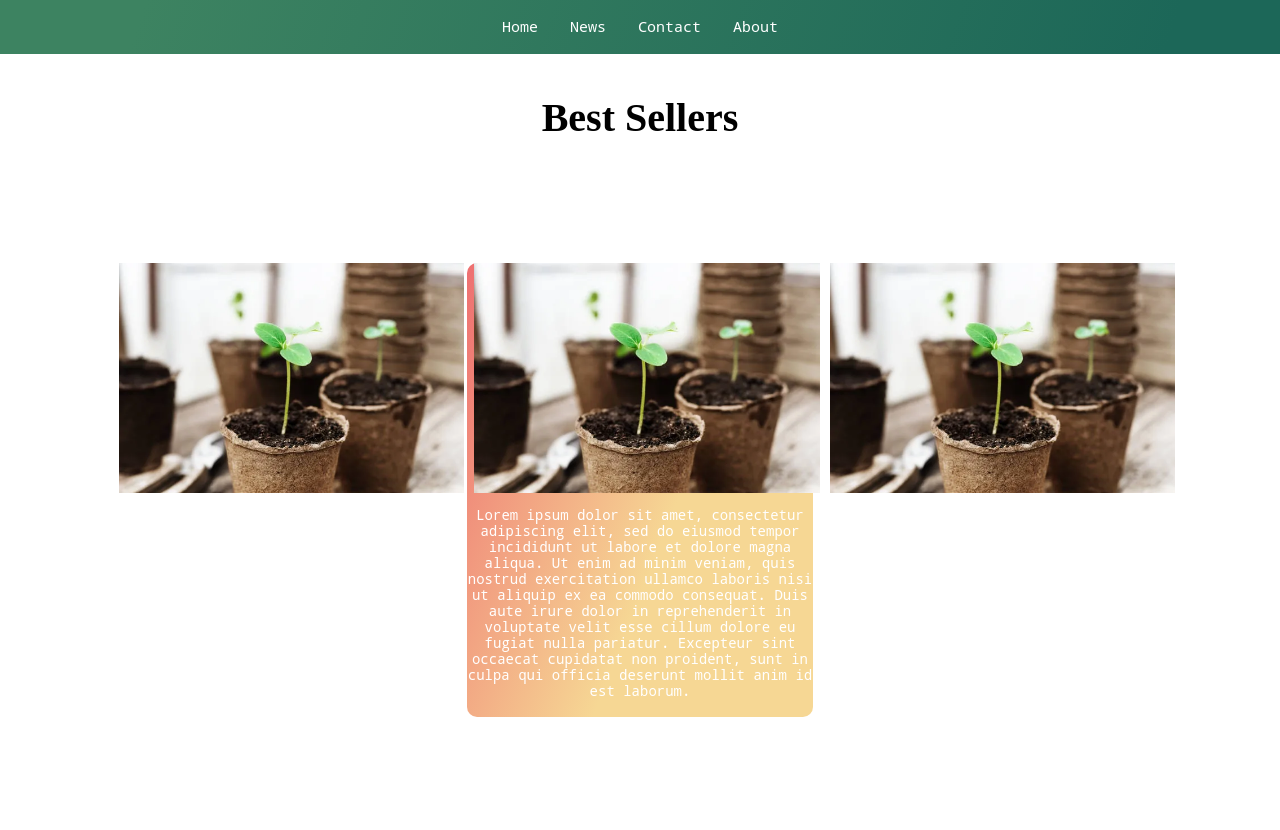
Repository: Flexo874/ISITECH-HTML-CSS
Page: index.html
The author's editor kept a copy of each file at every save. The page is drawn from the files as they stood at one save, then again after the next save.
The browser window is 1280 px wide. The pictures show the whole page.

Above is the page before, as saved 2024-01-02 15:01:30.

### index.html
<!DOCTYPE html>
<html>
<head>
    <title>Navigation Bar</title>
     <link rel="stylesheet" type="text/css" href="./style.css">
</head>
<body>
    <ul>
        <li><a href="#home">Home</a></li>
        <li><a href="#news">News</a></li>
        <li><a href="#contact">Contact</a></li>
        <li><a href="#about">About</a></li>
    </ul>

    <h1 > Best Sellers</h1>



    <div class="container">

            <div class="item">
                <a>
                <img src="images/semis-prêt-à-être-planté-dans-le-jardin.webp" alt="Logo">
                <p>Lorem ipsum dolor sit amet, consectetur adipiscing elit, sed do eiusmod tempor incididunt ut labore et dolore magna aliqua. Ut enim ad minim veniam, quis nostrud exercitation ullamco laboris nisi ut aliquip ex ea commodo consequat. Duis aute irure dolor in reprehenderit in voluptate velit esse cillum dolore eu fugiat nulla pariatur. Excepteur sint occaecat cupidatat non proident, sunt in culpa qui officia deserunt mollit anim id est laborum.</p>
                </a>
            </div>
            <div class="item best">
                <a>
                <img src="images/semis-prêt-à-être-planté-dans-le-jardin.webp" alt="Logo">
                <p>Lorem ipsum dolor sit amet, consectetur adipiscing elit, sed do eiusmod tempor incididunt ut labore et dolore magna aliqua. Ut enim ad minim veniam, quis nostrud exercitation ullamco laboris nisi ut aliquip ex ea commodo consequat. Duis aute irure dolor in reprehenderit in voluptate velit esse cillum dolore eu fugiat nulla pariatur. Excepteur sint occaecat cupidatat non proident, sunt in culpa qui officia deserunt mollit anim id est laborum.</p>
                </a>
            </div>
            <div class="item">
                <a>
                <img src="images/semis-prêt-à-être-planté-dans-le-jardin.webp" alt="Logo">
                <p>Lorem ipsum dolor sit amet, consectetur adipiscing elit, sed do eiusmod tempor incididunt ut labore et dolore magna aliqua. Ut enim ad minim veniam, quis nostrud exercitation ullamco laboris nisi ut aliquip ex ea commodo consequat. Duis aute irure dolor in reprehenderit in voluptate velit esse cillum dolore eu fugiat nulla pariatur. Excepteur sint occaecat cupidatat non proident, sunt in culpa qui officia deserunt mollit anim id est laborum.</p>
                </a>
            </div>
    </div>



</body>
</html>

### style.css
*{
    margin: 0;
    padding: 0;

}
ul {
    list-style-type: none;
    margin: 0;
    padding: 0;
    overflow: hidden;
    background-image: linear-gradient( 109.6deg,  rgba(61,131,97,1) 11.2%, rgba(28,103,88,1) 91.1% );
    display: flex;
    list-style: none;
    box-sizing: border-box  ;
    justify-content: center;
}

li {
    position: relative;

}

li a {
    display: block;
    color: white;
    text-align: center;
    padding: 18px 16px;
    text-decoration: none;
    font-size: 15px;
    transition: .4s ease-in-out;
    position: center;
    font-family: "Noto Mono", monospace;

}

li a:hover {
    background-color: #111;
    border-radius: 5px;

}

h1 {
    padding: 40px;
    padding-bottom: 10px;
    margin-bottom: 10px;
    text-align: center;
    font-weight: bold;
    font-size: 40px;
}

.demo {
    border-color: red;
}


.container {
    display: flex;
    grid-template-columns: repeat(3, 1fr);
    grid-auto-rows: minmax(300px, auto);
    gap: 10px;
    padding: 10px;;
    margin-top: 0;
    margin: 8%;
}


.item {
    align-items: center;
    justify-content: center;
    border-radius: 10px;
}

.item.best {

    background-image: linear-gradient( 111.4deg,  rgba(238,113,113,1) 1%, rgba(246,215,148,1) 58% );

}

.item a {
    margin: 7px;
}

.item a:hover {
    color: white;
}


.item img {
    max-width: 100%;
    height: auto;
}

.item p {
    margin-top: 10px;
    text-align: center;
    color: white;
    font-family: "Noto Mono", monospace;
    font-size: 14px;
}

After the next save:
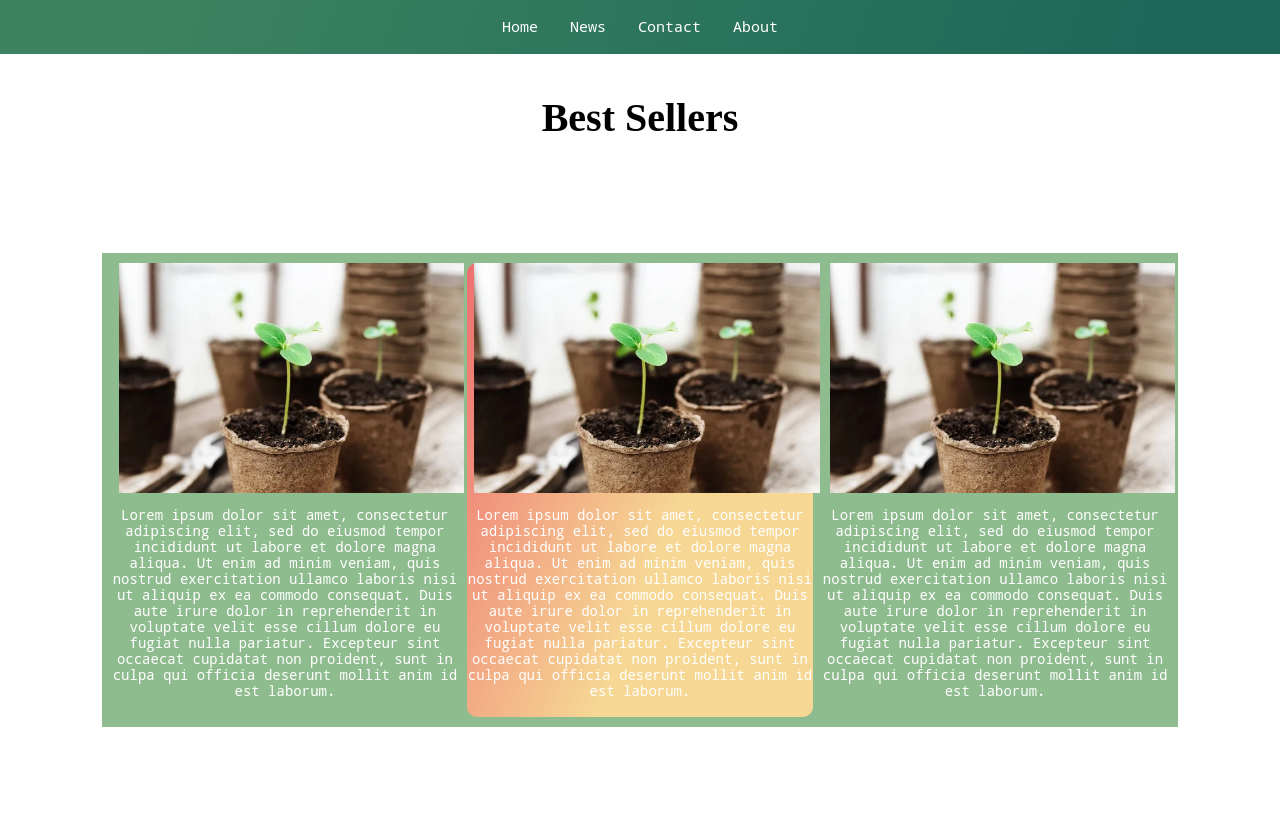
Saved 43 s later.
--- a/style.css
+++ b/style.css
@@ -54,6 +54,7 @@
 
 
 .container {
+    background-color: #8FBC8F;
     display: flex;
     grid-template-columns: repeat(3, 1fr);
     grid-auto-rows: minmax(300px, auto);

After the save that followed:
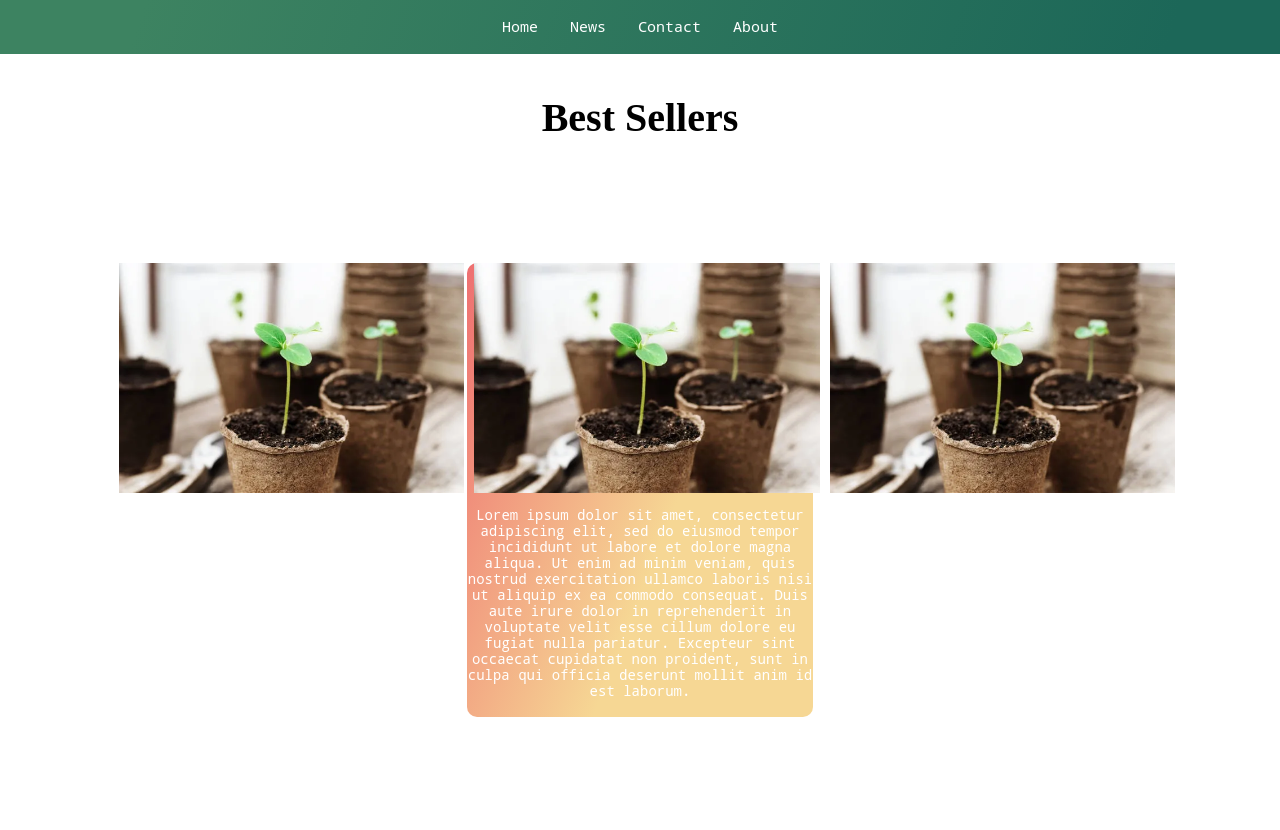
Saved 71 s later.
--- a/style.css
+++ b/style.css
@@ -48,13 +48,10 @@
     font-size: 40px;
 }
 
-.demo {
-    border-color: red;
-}
 
 
 .container {
-    background-color: #8FBC8F;
+
     display: flex;
     grid-template-columns: repeat(3, 1fr);
     grid-auto-rows: minmax(300px, auto);
